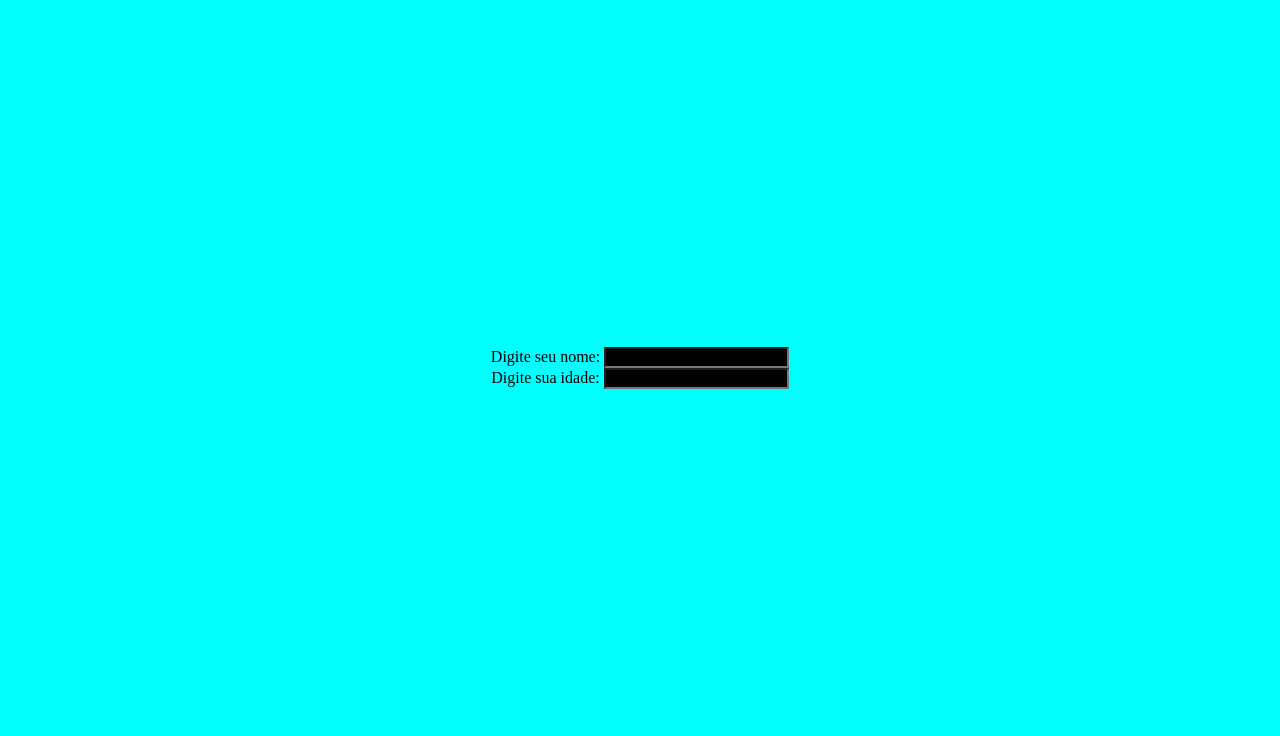
Repository: luiz123098/Sobre-mim-em-HTM-CSS
Page: estudosHtmlCss.html
The author's editor kept a copy of each file at every save. The page is drawn from the files as they stood at one save, then again after the next save.
The browser window is 1280 px wide. The pictures show the whole page.

Above is the page before, as saved 2023-03-03 14:13:49.

After the next save:
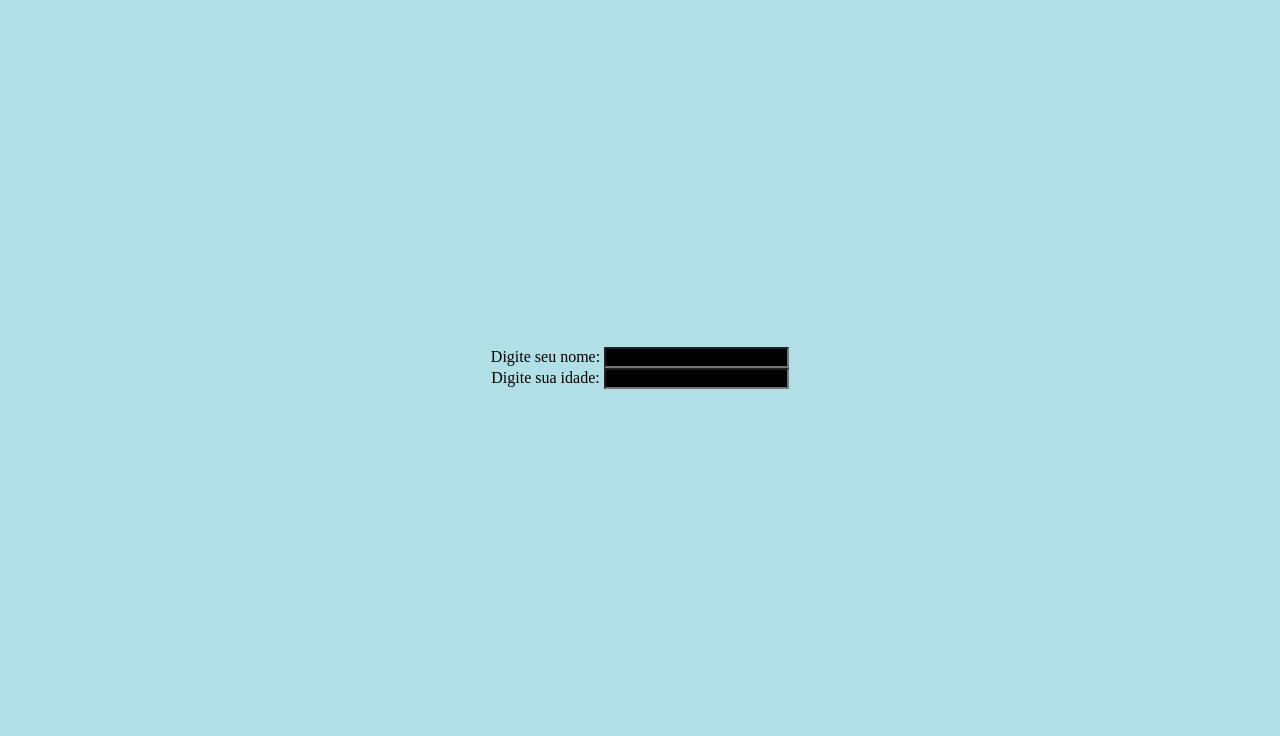
Saved 28 s later.
--- a/estudosHtmlCss.html
+++ b/estudosHtmlCss.html
@@ -11,7 +11,7 @@
             align-items: center;
             justify-content: center;
             height: 100vh;
-            background-color: aqua;
+            background-color: powderblue;
         }
 
         .buttom{
